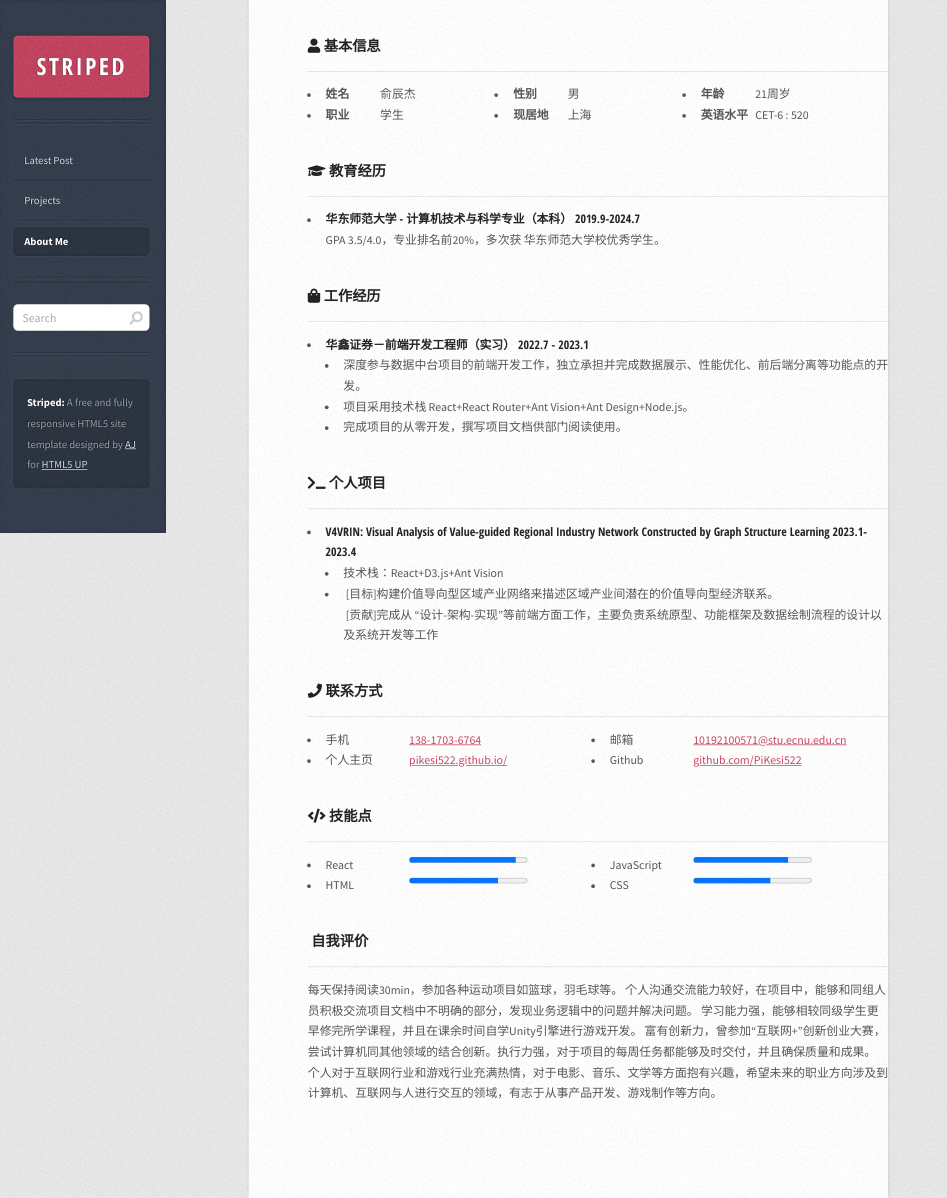
Repository: PiKesi522/PiKesi522.github.io
Page: about.html
An editor plug-in stored every save of this project. The page is shown before and after a run of saves, followed by the edit.
The browser window is 1280 px wide. The pictures show the whole page, at 74% of full size.

Above is the page before, as saved 2023-04-10 19:23:59.

### about.html
<!DOCTYPE HTML>
<!--
	Striped by HTML5 UP
	html5up.net | @ajlkn
	Free for personal and commercial use under the CCA 3.0 license (html5up.net/license)
-->
<html>

<head>
    <title>Striped by HTML5 UP</title>
    <meta charset="utf-8" />
    <meta name="viewport" content="width=device-width, initial-scale=1, user-scalable=no" />
    <link rel="stylesheet" href="assets/css/main.css" />
</head>

<body class="is-preload">

    <!-- Content -->
    <div id="content">
        <div class="inner">

            <article class="container">
                <section class="side" id="side">
                    <!-- 个人肖像 -->
                    <!-- <section class="me"> -->

                    <!-- <h6 class="name" style="font-size: 30px;">PiKesi</h6> -->
                    <!-- <section class="portrait"> -->
                    <!-- 头像照片 -->
                    <!-- <img class="avatar" src="assets/images/avatar.jpg" style="padding-top: 1vh; width: 300px;" onload="loading()"> -->
                    <!-- </section> -->

                    <!-- </section> -->

                    <!-- 基本信息 -->
                    <section class="profile info-unit">
                        <h2>
                            <i class="fa fa-user" aria-hidden="true"></i> 基本信息
                        </h2>
                        <hr />
                        <ul style="display: grid;grid-template-columns:repeat(3, 33%);">
                            <li>
                                <div>
                                    <label style="font-weight: 600;">姓名</label>
                                    <span>俞辰杰</span>
                                </div>
                            </li>
                            <li>
                                <div>
                                    <label style="font-weight: 600;">性别</label>
                                    <span>男</span>
                                </div>
                            </li>
                            <li>
                                <div>
                                    <label style="font-weight: 600;">年龄</label>
                                    <span>21周岁</span>
                                </div>
                            </li>
                            <li>
                                <div>
                                    <label style="font-weight: 600;">职业</label>
                                    <span>学生</span>
                                </div>
                            </li>
                            <li>
                                <div>
                                    <label style="font-weight: 600;">现居地</label>
                                    <span>上海</span>
                                </div>
                            </li>
                            <li>
                                <div>
                                    <label style="font-weight: 600;">英语水平</label>
                                    <span>CET-6 : 520</span>
                                </div>
                            </li>
                            <!-- <li>
                                        <label>计算机水平</label>
                                        <span>软考中级</span>
                                    </li> -->
                        </ul>
                    </section>


                    <!--
                    <section class="qrcode info-unit">
                        <h2><i class="fa fa-qrcode" aria-hidden="true"></i>二维码</h2>
                        <hr />
                        <img src="https://github.com/if2er/FeZaoDuKe-Collection/blob/master/ifeees.jpg?raw=true"
                            style="width: 100%;" alt="">
                    </section> -->

                    <!-- 技术栈 -->
                    <!-- <div class="stack info-unit">
                                    <h2><i class="fa fa-code" aria-hidden="true"></i>其他</h2>
                                    <hr/>
                                    <ul>
                                        <li>
                                            <label>前端</label>
                                            <span>React、jQuery、微信小程序、Bootstrap、SASS、LESS</span>
                                        </li>
                                        <li>
                                            <label>后端</label>
                                            <span>Node.js、MySQL、MongoDB、WordPress、ThinkPHP</span>
                                        </li>
                                        <li>
                                            <label>其他</label>
                                            <span>Git、SVN、Markdown</span>
                                        </li>
                                    </ul>
                                </div> -->
                </section>

                <section class="main">

                    <!-- 教育经历 -->
                    <section class="edu info-unit">
                        <h2>
                            <i class="fa fa-graduation-cap" aria-hidden="true"></i> 教育经历
                        </h2>
                        <hr />
                        <ul>
                            <!-- <li>
                                <h3>
                                    <span>华东师范大学 - 计算机技术与科学专业</span>
                                    <time>2019.9-2024.7</time>
                                </h3>
                                <p>GPA
                                    <mark>3.5/4.0</mark>，期间发表国际会议英文摘要X篇，国内核心期刊文章X篇（其中第一作者X篇），获XXX，XXX2次，XXX2次。(此处根据自身情况填写，可以突出自己的亮点，或者跟求职目标相关的内容)
                                </p>
                            </li> -->
                            <li>
                                <h3>
                                    <span>华东师范大学 - 计算机技术与科学专业（本科）</span>
                                    <time>2019.9-2024.7</time>
                                </h3>
                                <p>GPA
                                    <mark>3.5/4.0</mark>，专业排名前20%，多次获 华东师范大学校优秀学生。
                                </p>
                            </li>
                        </ul>
                    </section>

                    <!-- 工作经历 -->
                    <section class="work info-unit">
                        <h2>
                            <i class="fa fa-shopping-bag" aria-hidden="true"></i> 工作经历
                        </h2>
                        <hr />
                        <ul>
                            <li>
                                <h3>
                                    <span>华鑫证券－前端开发工程师（实习）</span>
                                    <time>2022.7 - 2023.1</time>
                                </h3>
                                <ul class="info-content">
                                    <li>深度参与数据中台项目的前端开发工作，独立承担并完成数据展示、性能优化、前后端分离等功能点的开发。
                                    </li>
                                    <li>
                                        项目采用技术栈
                                        <mark>React+React Router+Ant Vision+Ant Design+Node.js</mark>。
                                    </li>
                                    <li>完成项目的从零开发，撰写项目文档供部门阅读使用。
                                    </li>
                                </ul>
                            </li>
                            <!-- <li>
                                <h3>
                                    <span>[经历2]XX－前端开发工程师（实习）</span>
                                    <time>20XX.10 - 20XX.7</time>
                                </h3>
                                <ul class="info-content">
                                    <li>深度参与公司主线产品「XXXX」的前端开发工作，完成帖子快捷回复、
                                        <mark>全站图片懒加载</mark>、活动banner、帖子管理（使用Yii框架）等功能。项目采用技术栈phpWind+NAMP。
                                        <a href="http://itsay.tech/162/" target="_blank">
                                            <i class="fa fa-link" aria-hidden="true"></i>博客文章</a>。
                                    </li>
                                    <li>主要参与公司产品「XXXX」的前端开发工作，实现接入微博、微信、QQ等
                                        <mark>第三方账号登录</mark>等功能。项目采用技术栈WordPress+NAMP。
                                    </li>
                                    <li>活动页面的开发（七夕活动、抽奖活动以及承接外包页面）。</li>
                                    <li>论坛
                                        <mark>图片增量备份</mark>（CentOS+vsftpd+crontab）
                                        <a href="#" target="_blank">
                                            <i class="fa fa-link" aria-hidden="true"></i>博客文章</a>。
                                    </li>
                                </ul>
                            </li> -->
                        </ul>
                    </section>

                    <!-- 项目经验 -->
                    <section class="project info-unit">
                        <h2>
                            <i class="fa fa-terminal" aria-hidden="true"></i> 个人项目
                        </h2>
                        <hr />
                        <ul>
                            <li>
                                <h3>
                                    <span>V4VRIN: Visual Analysis of Value-guided Regional Industry Network Constructed by Graph Structure Learning</span>
                                    <span class="link">
                                        <!-- <a href="#" target="_blank">Demo</a> -->
                                    </span>
                                    <time>2023.1-2023.4</time>
                                </h3>
                                <ul class="info-content">
                                    <li>技术栈：React+D3.js+Ant Vision</li>
                                    <li>
                                        <i class="fa fa-paper-plane-o" aria-hidden="true"></i>
                                        [目标]构建价值导向型区域产业网络来描述区域产业间潜在的价值导向型经济联系。
                                        <br />
                                        <!-- <i class="fa fa-users" aria-hidden="true"></i>
                                        [团队]同 2 位同专业同学一起
                                        <br /> -->
                                        <i class="fa fa-paper-plane-o" aria-hidden="true"></i>
                                        [贡献]完成从
                                        <mark>“设计-架构-实现”</mark>等前端方面工作，主要负责系统原型、功能框架及数据绘制流程的设计以及系统开发等工作
                                        <br />
                                        <!-- <i class="fa fa-thumbs-o-up" aria-hidden="true"></i>
                                        [效果]作品最终取得第三届共享杯国家级竞赛“一等奖” （2/2000） -->
                                    </li>
                                </ul>
                            </li>
                            <!-- <li>
                                <h3>
                                    <span>[项目2]肿瘤流行病数据可视化</span>
                                    <span class="link">
                                        <a href="#" target="_blank">Demo</a>
                                    </span>
                                    <time>201X.X-201X.X</time>
                                </h3>
                                <ul class="info-content">
                                    <li>技术栈：HTML 5+D3.js+ECharts+MySQL</li>
                                    <li>
                                        <i class="fa fa-paper-plane-o" aria-hidden="true"></i>
                                        [目标]实现常见肿瘤流行病数据多维度可视化展示、数据透视及分析
                                        <br />
                                        <i class="fa fa-users" aria-hidden="true"></i>
                                        [团队]与 1 位同学
                                        <br />
                                        <i class="fa fa-bars" aria-hidden="true"></i>
                                        [贡献]分析项目需求，清洗并整理相关数据(扩展第三方知识组织系统和 Google trends 数据)，并用
                                        <mark>D3.js</mark> 和
                                        <mark>ECharts</mark> 进行图形化展示以及实现简易自动分析 功能
                                        <br />
                                        <i class="fa fa-thumbs-o-up" aria-hidden="true"></i>
                                        [效果]作品取得第二届共享杯国家级竞赛“特等奖”(1/1500)
                                    </li>
                                </ul>
                            </li>
                            <li>
                                <h3>
                                    <span>[项目3]肿瘤流行病数据可视化</span>
                                    <span class="link">
                                        <a href="#" target="_blank">Demo</a>
                                    </span>
                                    <time>201X.X-201X.X</time>
                                </h3>
                                <ul class="info-content">
                                    <li>技术栈：HTML 5+D3.js+ECharts+MySQL</li>
                                    <li>
                                        <i class="fa fa-paper-plane-o" aria-hidden="true"></i>
                                        [目标]实现常见肿瘤流行病数据多维度可视化展示、数据透视及分析
                                        <br />
                                        <i class="fa fa-users" aria-hidden="true"></i>
                                        [团队]与 1 位同学
                                        <br />
                                        <i class="fa fa-bars" aria-hidden="true"></i>
                                        [贡献]分析项目需求，清洗并整理相关数据(扩展第三方知识组织系统和 Google trends 数据)，并用
                                        <mark>D3.js</mark> 和
                                        <mark>ECharts</mark> 进行图形化展示以及实现简易自动分析功能
                                        <br />
                                        <i class="fa fa-thumbs-o-up" aria-hidden="true"></i>
                                        [效果]作品取得第二届共享杯国家级竞赛“特等奖”(1/1500)
                                    </li>
                                </ul>
                            </li>
                            <li>
                                <h3>
                                    <span>[项目4]肿瘤流行病数据可视化</span>
                                    <span class="link">
                                        <a href="#" target="_blank">Demo</a>
                                    </span>
                                    <time>201X.X-201X.X</time>
                                </h3>
                                <ul class="info-content">
                                    <li>技术栈：HTML 5+D3.js+ECharts+MySQL</li>
                                    <li>
                                        <i class="fa fa-paper-plane-o" aria-hidden="true"></i>
                                        [目标]实现常见肿瘤流行病数据多维度可视化展示、数据透视及分析
                                        <br />
                                        <i class="fa fa-users" aria-hidden="true"></i>
                                        [团队]与 1 位
                                        <br />
                                        <i class="fa fa-bars" aria-hidden="true"></i>
                                        [贡献]分析项目需求，清洗并整理相关数据(扩展第三方知识组织系统和 Google trends 数据)，并用
                                        <mark>D3.js</mark> 和
                                        <mark>ECharts</mark> 进行图形化展示以及实现简易自动分析 功能
                                        <br />
                                        <i class="fa fa-thumbs-o-up" aria-hidden="true"></i>
                                        [效果]作品取得第二届共享杯国家级竞赛“特等奖”(1/1500)
                                    </li>
                                </ul>
                            </li> -->

                        </ul>
                    </section>

                    <!-- 联系方式 -->
                    <section class="contact info-unit">
                        <h2>
                            <i class="fa fa-phone" aria-hidden="true"></i> 联系方式
                        </h2>
                        <hr />
                        <ul style="display: grid; grid-template-columns:repeat(2, 50%);">
                            <li>
                                <div>
                                    <label>手机</label>
                                    <a href="#" target="_blank">138-1703-6764</a>
                                </div>
                            </li>
                            <li>
                                <div>
                                    <label>邮箱</label>
                                    <a href="mailto:10192100571@stu.ecnu.edu.cn"
                                        target="_blank">10192100571@stu.ecnu.edu.cn</a>
                                </div>
                            </li>
                            <li>
                                <div>
                                    <label>个人主页</label>
                                    <a href="https://pikesi522.github.io/" target="_blank">pikesi522.github.io/</a>
                                </div>
                            </li>
                            <li>
                                <div>
                                    <label>Github</label>
                                    <a href="https://github.com/PiKesi522" target="_blank">github.com/PiKesi522</a>
                                </div>
                            </li>
                        </ul>
                    </section>

                    <!-- 技能点 -->
                    <section class="skill info-unit">
                        <h2>
                            <i class="fa fa-code" aria-hidden="true"></i> 技能点
                        </h2>
                        <hr />
                        <ul style="display: grid; grid-template-columns:repeat(2, 50%);">
                            <li>
                                <div style="display: grid; grid-template-columns: 30% 70%;">
                                    <label>React</label>
                                    <div>
                                        <progress value="90" max="100"></progress>
                                    </div>
                                </div>
                            </li>
                            <li>
                                <div style="display: grid; grid-template-columns: 30% 70%;">
                                    <label>JavaScript</label>
                                    <div>
                                        <progress value="80" max="100"></progress>
                                    </div>
                                </div>
                            </li>
                            <li>
                                <div style="display: grid; grid-template-columns: 30% 70%;">
                                    <label>HTML</label>
                                    <div>
                                        <progress value="75" max="100"></progress>
                                    </div>
                                </div>
                            </li>
                            <li>
                                <div style="display: grid; grid-template-columns: 30% 70%;">
                                    <label>CSS</label>
                                    <div>
                                        <progress value="65" max="100"></progress>
                                    </div>
                                </div>
                            </li>
                        </ul>
                    </section>

                    <!-- 自我评价 -->
                    <section class="work info-unit">
                        <h2>
                            <i class="fa fa-pencil" aria-hidden="true"></i> 自我评价
                        </h2>
                        <hr />
                        <p>每天保持阅读30min，参加各种运动项目如篮球，羽毛球等。
                            个人沟通交流能力较好，在项目中，能够和同组人员积极交流项目文档中不明确的部分，发现业务逻辑中的问题并解决问题。
                            学习能力强，能够相较同级学生更早修完所学课程，并且在课余时间自学Unity引擎进行游戏开发。
                            富有创新力，曾参加“互联网+”创新创业大赛，尝试计算机同其他领域的结合创新。执行力强，对于项目的每周任务都能够及时交付，并且确保质量和成果。
                            个人对于互联网行业和游戏行业充满热情，对于电影、音乐、文学等方面抱有兴趣，希望未来的职业方向涉及到计算机、互联网与人进行交互的领域，有志于从事产品开发、游戏制作等方向。
                            <!-- <span class="mark-txt">“多静多思考，反省不张扬”</span>是我给自己总结的“十字箴言”，鞭策自己做人既不能以己度人，也不以人观己，要脚踏实地做事，坚持自己的梦想和本心。 -->
                        </p>
                    </section>
                </section>
            </article>

        </div>
    </div>

    <!-- Sidebar -->
    <div id="sidebar">

        <!-- Logo -->
        <h1 id="logo"><a href="#">STRIPED</a></h1>

        <!-- Nav -->
        <nav id="nav">
            <ul>
                <li><a href="index.html">Latest Post</a></li>
                <li><a href="projects.html">Projects</a></li>
                <li class="current"><a href="about.html">About Me</a></li>
                <!-- <li><a href="#">Contact Me</a></li> -->
            </ul>
        </nav>

        <!-- Search -->
        <section class="box search">
            <form method="post" action="#">
                <input type="text" class="text" name="search" placeholder="Search" />
            </form>
        </section>

        <!-- Text -->
        <section class="box text-style1">
            <div class="inner">
                <p>
                    <strong>Striped:</strong> A free and fully responsive HTML5 site
                    template designed by <a href="http://twitter.com/ajlkn">AJ</a> for <a
                        href="http://html5up.net/">HTML5 UP</a>
                </p>
            </div>
        </section>
    </div>

    <!-- Scripts -->
    <script src="assets/js/jquery.min.js"></script>
    <script src="assets/js/browser.min.js"></script>
    <script src="assets/js/breakpoints.min.js"></script>
    <script src="assets/js/util.js"></script>
    <script src="assets/js/main.js"></script>

</body>

</html>

Loaded but not shown: assets/js/jquery.min.js (library); assets/js/browser.min.js (common file); assets/js/breakpoints.min.js (common file); assets/css/fontawesome-all.min.css (library); assets/js/util.js (587 lines, source omitted); assets/css/main.css (3019 lines, source omitted); public/assets/js/main.js (no copy from this time; the picture is the same without it)

After the next 2 saves:
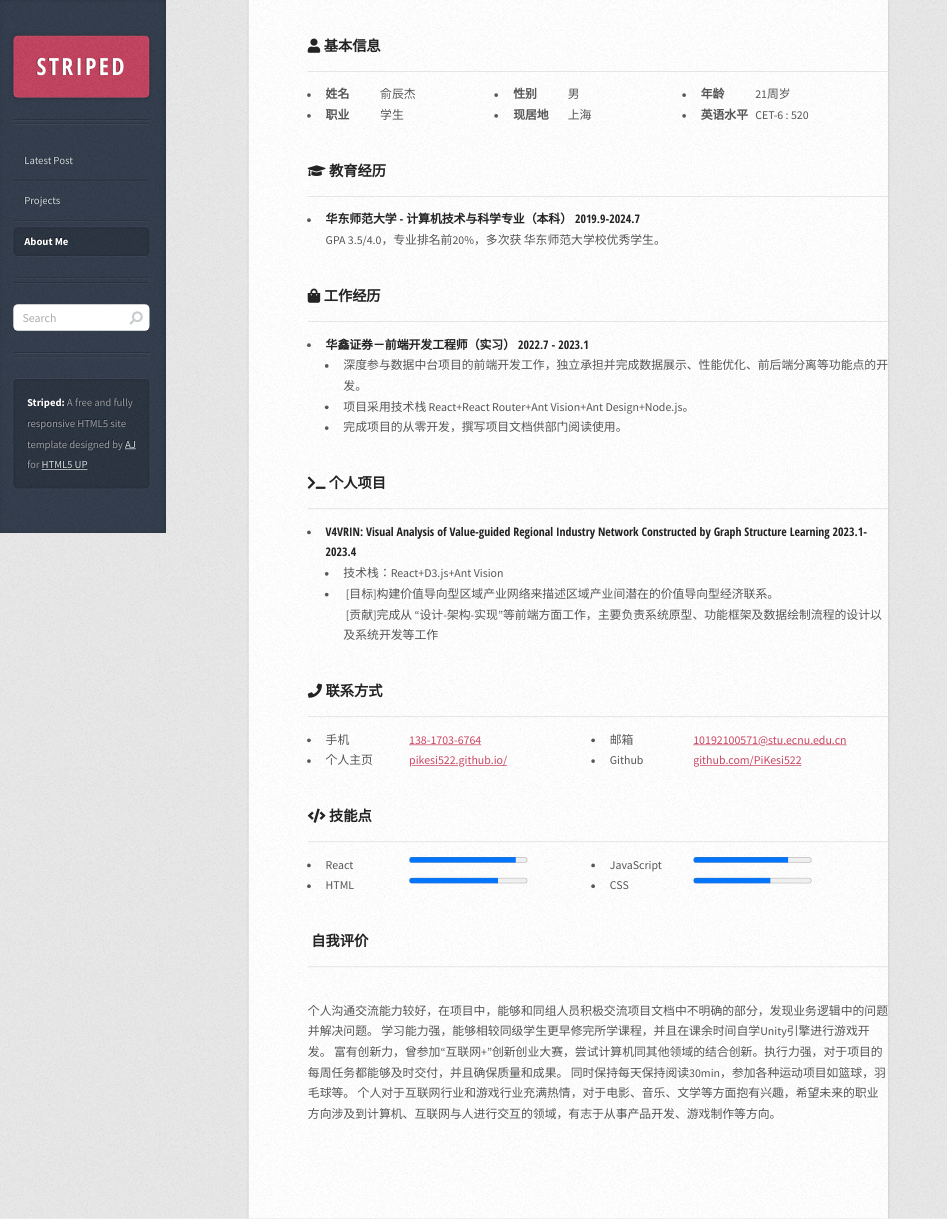
The 2 saves are shown as one change because they came seconds apart.
The last was saved 35 s later.
--- a/about.html
+++ b/about.html
@@ -391,10 +391,12 @@
                             <i class="fa fa-pencil" aria-hidden="true"></i> 自我评价
                         </h2>
                         <hr />
-                        <p>每天保持阅读30min，参加各种运动项目如篮球，羽毛球等。
+                        <p>
+                            </br>
                             个人沟通交流能力较好，在项目中，能够和同组人员积极交流项目文档中不明确的部分，发现业务逻辑中的问题并解决问题。
                             学习能力强，能够相较同级学生更早修完所学课程，并且在课余时间自学Unity引擎进行游戏开发。
                             富有创新力，曾参加“互联网+”创新创业大赛，尝试计算机同其他领域的结合创新。执行力强，对于项目的每周任务都能够及时交付，并且确保质量和成果。
+                            同时保持每天保持阅读30min，参加各种运动项目如篮球，羽毛球等。
                             个人对于互联网行业和游戏行业充满热情，对于电影、音乐、文学等方面抱有兴趣，希望未来的职业方向涉及到计算机、互联网与人进行交互的领域，有志于从事产品开发、游戏制作等方向。
                             <!-- <span class="mark-txt">“多静多思考，反省不张扬”</span>是我给自己总结的“十字箴言”，鞭策自己做人既不能以己度人，也不以人观己，要脚踏实地做事，坚持自己的梦想和本心。 -->
                         </p>
